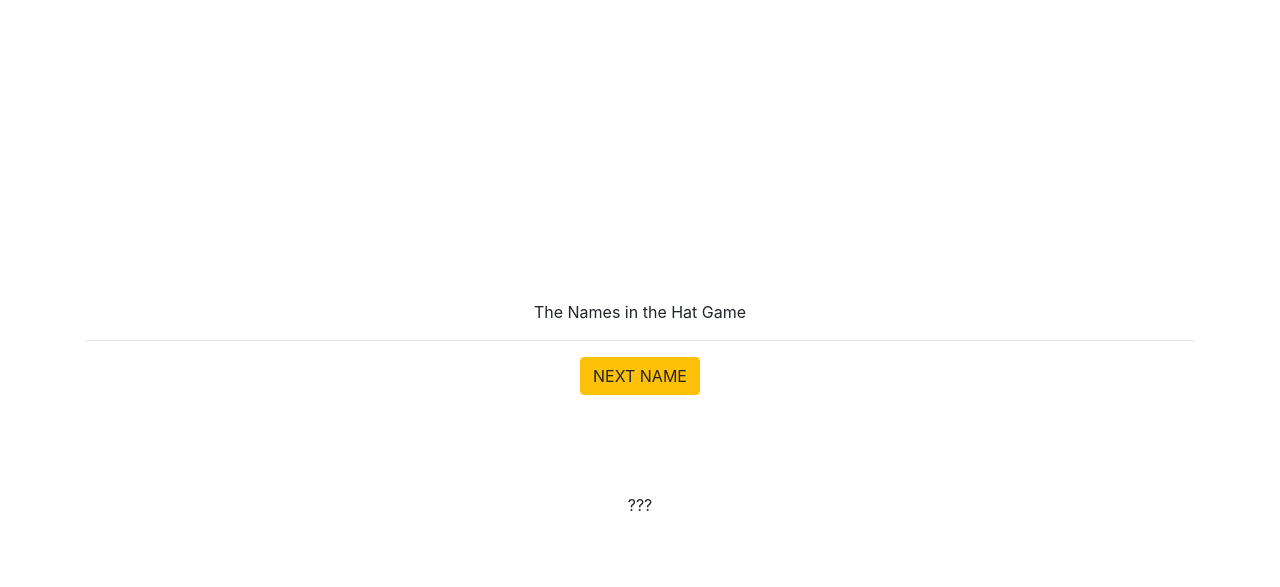
Repository: TaylorD1982/randomizer
Page: index.html
The author's editor kept a record of every edit. The page is drawn from the files as they stood at one moment, then again after the next edit.
The browser window is 1280 px wide. The pictures show the whole page.
Some web fonts or font styles are not loaded; a fallback is used. Some web libraries are served in a nearby version.

Above is the page before.

### index.html
<!DOCTYPE html>
<html lang="en">

<head>
    <meta charset="UTF-8">
    <meta name="viewport" content="width=device-width, initial-scale=1.0">
    <meta http-equiv="X-UA-Compatible" content="ie=edge">
    <title>Document</title>
    <link href="https://fonts.googleapis.com/css2?family=Indie+Flower&display=swap" rel="stylesheet">
    <link href="https://fonts.googleapis.com/css2?family=Frijole&display=swap" rel="stylesheet">
    <link rel="stylesheet" href="https://maxcdn.bootstrapcdn.com/bootstrap/4.0.0/css/bootstrap.min.css" integrity="sha384-Gn5384xqQ1aoWXA+058RXPxPg6fy4IWvTNh0E263XmFcJlSAwiGgFAW/dAiS6JXm" crossorigin="anonymous">
    <link rel="stylesheet" href="style.css">
</head>

<body>
    <div class="container">
        <div class="row app">
            <div class="col">
                <div class="title">
                    The Names in the Hat Game
                </div>
                <hr>
                <button id="Button" type="button" class="btn btn-warning">
                      NEXT NAME
                </button>
                <br>
                <br>
                <br>
                <div id="Answer" class="result">
                    ???
                </div>
            </div>
        </div>
    </div>
</body>
<script>
    // myArray initial content, as a global variable :
    var myArray = [
        'Al',
        'Bingham',
        'David',
        'Juliet',
        'Will',
        'Laura',
        'Lindsey',
        'Tom Hanks',
    ];

    // the event handler, randomly emptying myArray one at a time :
    document.getElementById("Button").onclick = function() {
        // check for an empty array :
        if (myArray.length > 0) {
            var optionsE = Math.floor(Math.random() * myArray.length);
            var removedE = myArray.splice(optionsE, 1);
            document.getElementById("Answer").innerHTML = removedE[0];
        }
        else {
            alert("GAME OVER!");
        }
    }
</script>
<script src="https://code.jquery.com/jquery-3.2.1.slim.min.js" integrity="sha384-KJ3o2DKtIkvYIK3UENzmM7KCkRr/rE9/Qpg6aAZGJwFDMVNA/GpGFF93hXpG5KkN" crossorigin="anonymous"></script>
<script src="https://cdnjs.cloudflare.com/ajax/libs/popper.js/1.12.9/umd/popper.min.js" integrity="sha384-ApNbgh9B+Y1QKtv3Rn7W3mgPxhU9K/ScQsAP7hUibX39j7fakFPskvXusvfa0b4Q" crossorigin="anonymous"></script>
<script src="https://maxcdn.bootstrapcdn.com/bootstrap/4.0.0/js/bootstrap.min.js" integrity="sha384-JZR6Spejh4U02d8jOt6vLEHfe/JQGiRRSQQxSfFWpi1MquVdAyjUar5+76PVCmYl" crossorigin="anonymous"></script>

</html>

### style.css
.app {
    padding-top: 300px;
    text-align: center;
}

.result {
    padding-top: 50px;
}

After the next edit:
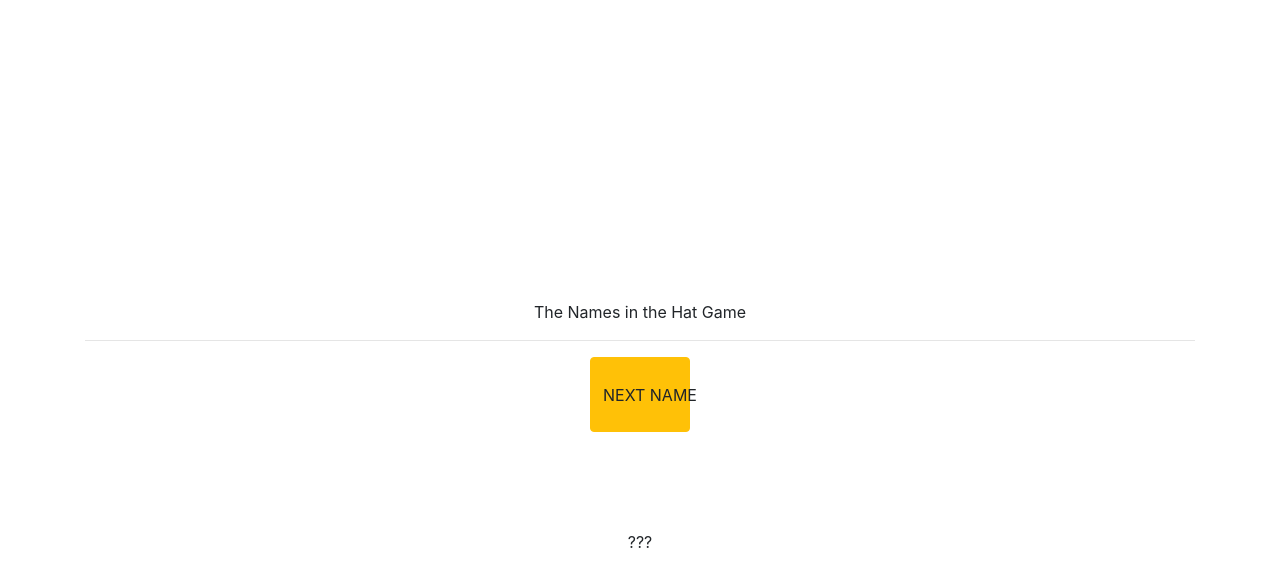
The edit:
--- a/style.css
+++ b/style.css
@@ -6,3 +6,8 @@
 .result {
     padding-top: 50px;
 }
+
+.btn {
+    width: 100px;
+    height: 75px;
+}
